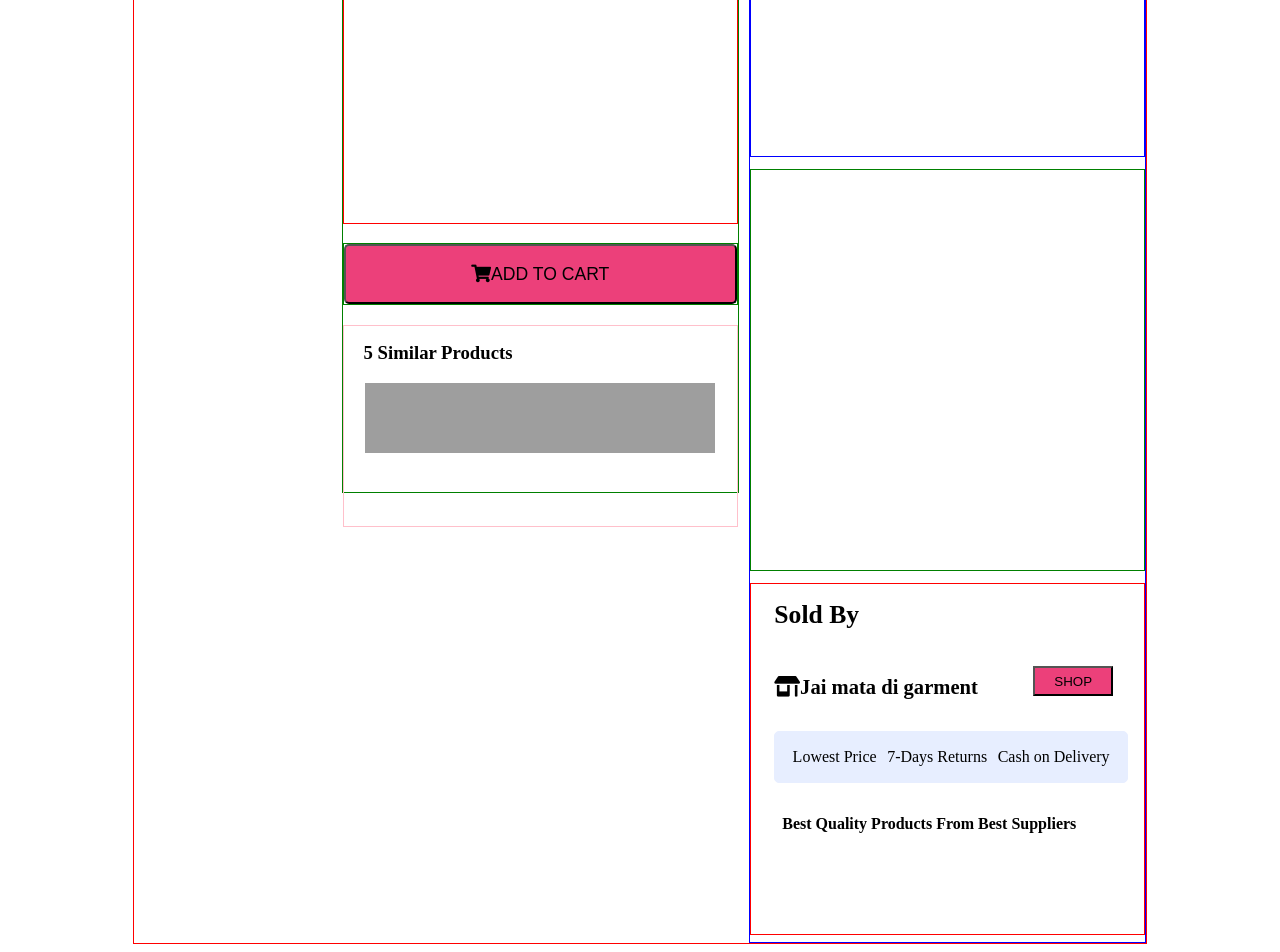
Repository: deepakxxxx/meesho
Page: catelog.html
An editor plug-in stored every save of this project. The page is shown before and after the next save, followed by the edit.
The browser window is 1280 px wide. The pictures show the part of the page from y = 419 to 1371 px (the page is 1371 px tall).
Pictures or frames that could not be fetched are drawn as grey boxes. A picture or video elsewhere on the page could not be fetched, so the positions and the page height are approximate.

Above is the page before, as saved 2021-11-06 17:53:54.

After the next save:
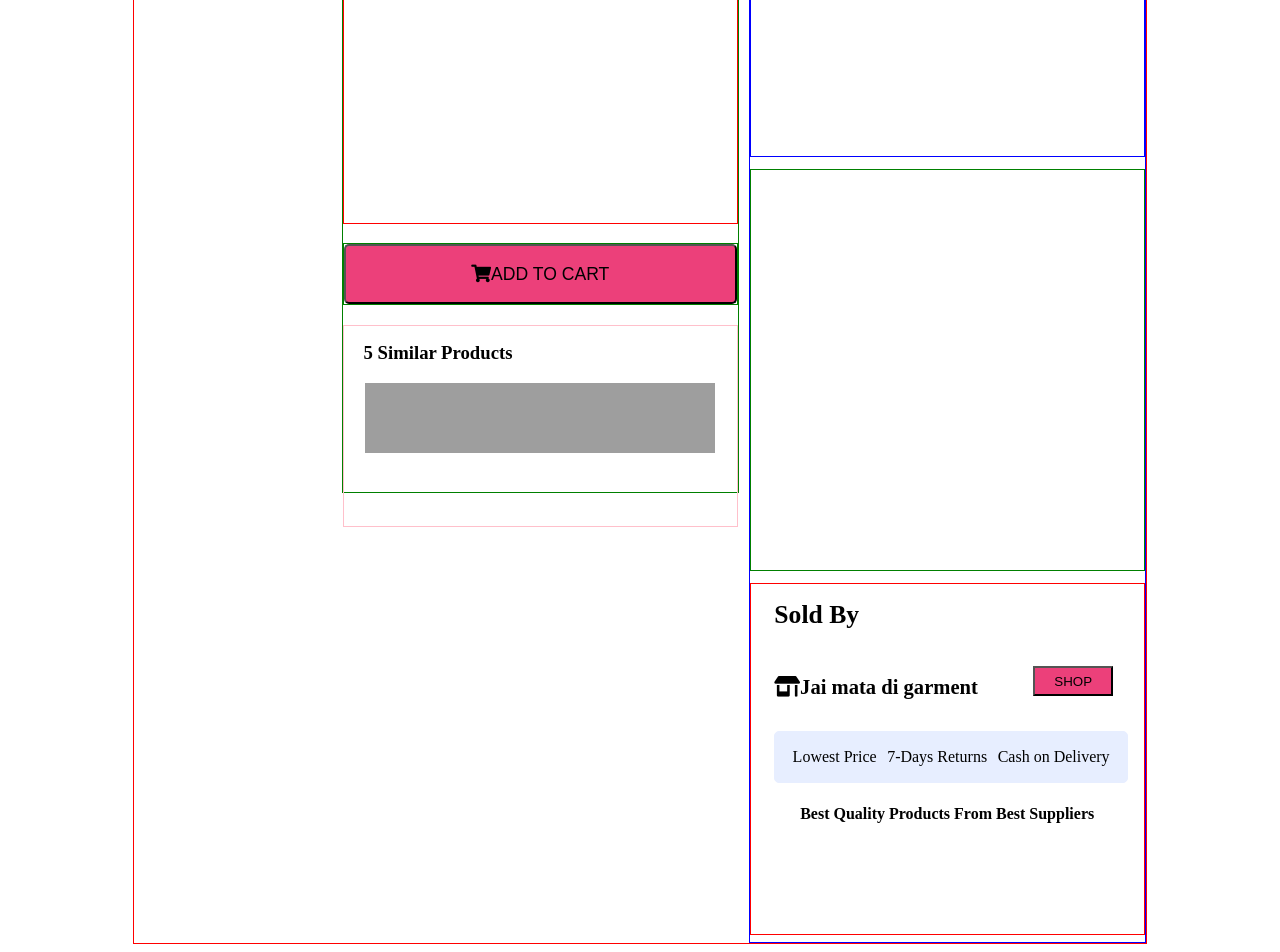
Saved 12 s later.
--- a/catelog.html
+++ b/catelog.html
@@ -241,8 +241,7 @@
         border-radius: 5px;
     }
     #deler > h4{
-        margin-top: 8%;
-        margin-left: 8%;
+        text-align: center;
     }
 </style>
 <body>
